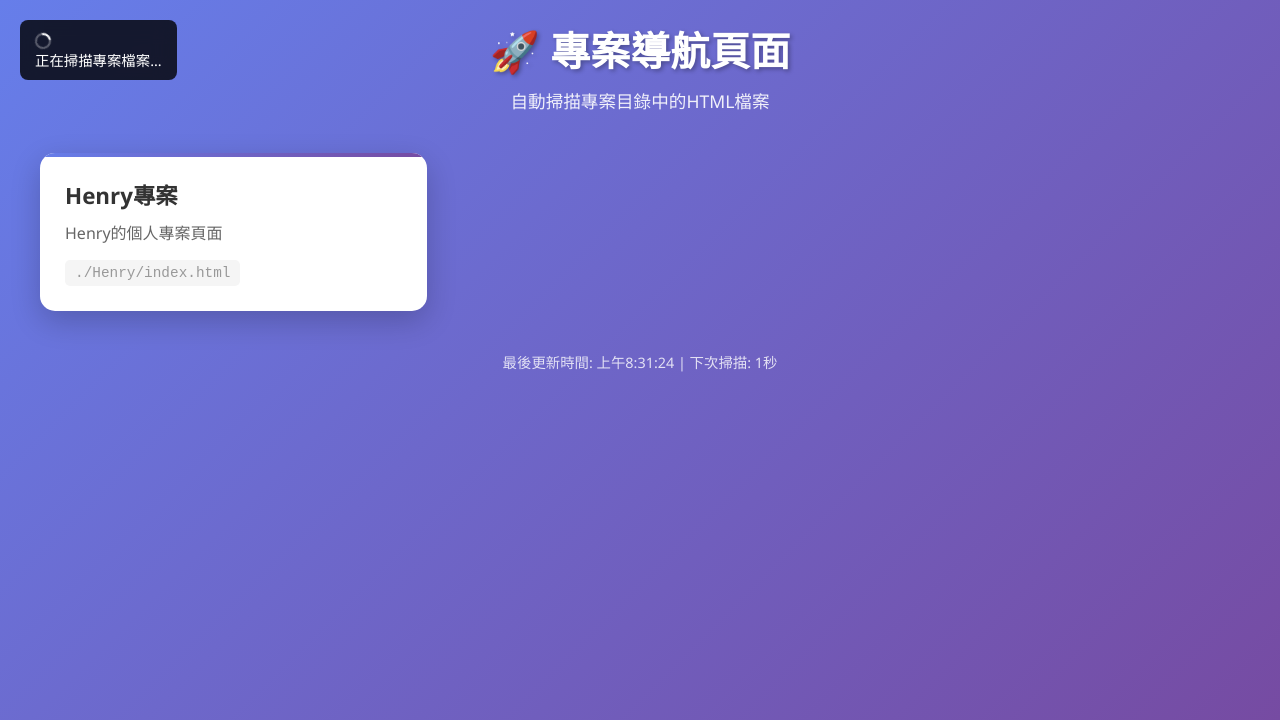
Repository: HenryLin0914/demo1023
Page: index.html
An editor plug-in stored every save of this project. The page is shown before and after the next save, followed by the edit.
The browser window is 1280 px wide. The pictures show the whole page.

Above is the page before, as saved 2025-10-22 16:58:45.

### index.html
<!DOCTYPE html>
<html lang="zh-TW">
<head>
    <meta charset="UTF-8">
    <meta name="viewport" content="width=device-width, initial-scale=1.0">
    <title>專案導航頁面</title>
    <style>
        * {
            margin: 0;
            padding: 0;
            box-sizing: border-box;
        }

        body {
            font-family: 'Segoe UI', Tahoma, Geneva, Verdana, sans-serif;
            background: linear-gradient(135deg, #667eea 0%, #764ba2 100%);
            min-height: 100vh;
            padding: 20px;
        }

        .container {
            max-width: 1200px;
            margin: 0 auto;
        }

        .header {
            text-align: center;
            color: white;
            margin-bottom: 40px;
        }

        .header h1 {
            font-size: 2.5rem;
            margin-bottom: 10px;
            text-shadow: 2px 2px 4px rgba(0,0,0,0.3);
        }

        .header p {
            font-size: 1.1rem;
            opacity: 0.9;
        }

        .cards-container {
            display: grid;
            grid-template-columns: repeat(auto-fill, minmax(300px, 1fr));
            gap: 20px;
            margin-bottom: 40px;
        }

        .card {
            background: white;
            border-radius: 15px;
            padding: 25px;
            box-shadow: 0 10px 30px rgba(0,0,0,0.2);
            transition: all 0.3s ease;
            cursor: pointer;
            position: relative;
            overflow: hidden;
        }

        .card::before {
            content: '';
            position: absolute;
            top: 0;
            left: 0;
            right: 0;
            height: 4px;
            background: linear-gradient(90deg, #667eea, #764ba2);
        }

        .card:hover {
            transform: translateY(-5px);
            box-shadow: 0 20px 40px rgba(0,0,0,0.3);
        }

        .card-title {
            font-size: 1.4rem;
            color: #333;
            margin-bottom: 10px;
            font-weight: 600;
        }

        .card-description {
            color: #666;
            margin-bottom: 15px;
            line-height: 1.5;
        }

        .card-path {
            font-size: 0.9rem;
            color: #999;
            font-family: 'Courier New', monospace;
            background: #f5f5f5;
            padding: 5px 10px;
            border-radius: 5px;
            display: inline-block;
        }

        .status {
            text-align: center;
            color: white;
            margin-top: 20px;
            font-size: 0.9rem;
            opacity: 0.8;
        }

        .loading {
            display: none;
            position: fixed;
            top: 20px;
            left: 20px;
            background: rgba(0,0,0,0.8);
            color: white;
            padding: 10px 15px;
            border-radius: 8px;
            font-size: 0.9rem;
            z-index: 1000;
            backdrop-filter: blur(10px);
        }

        .spinner {
            border: 2px solid rgba(255,255,255,0.3);
            border-radius: 50%;
            border-top: 2px solid white;
            width: 16px;
            height: 16px;
            animation: spin 1s linear infinite;
            display: inline-block;
            margin-right: 8px;
            vertical-align: middle;
        }

        @keyframes spin {
            0% { transform: rotate(0deg); }
            100% { transform: rotate(360deg); }
        }

        .empty-state {
            text-align: center;
            color: white;
            padding: 40px;
            background: rgba(255,255,255,0.1);
            border-radius: 15px;
            backdrop-filter: blur(10px);
        }

        .empty-state h3 {
            margin-bottom: 10px;
            font-size: 1.5rem;
        }

        .empty-state p {
            opacity: 0.8;
        }
    </style>
</head>
<body>
    <div class="container">
        <div class="header">
            <h1>🚀 專案導航頁面</h1>
            <p>自動掃描專案目錄中的HTML檔案</p>
        </div>

        <div class="loading" id="loading">
            <div class="spinner"></div>
            <p>正在掃描專案檔案...</p>
        </div>

        <div class="cards-container" id="cardsContainer">
            <!-- 卡片將在這裡動態生成 -->
        </div>

        <div class="status" id="status">
            最後更新時間: <span id="lastUpdate">-</span> | 下次掃描: <span id="nextScan">-</span>
        </div>
    </div>

    <script>
        let scanInterval;
        let nextScanTime = 0;

        // 掃描專案目錄中的index.html檔案
        async function scanProjects() {
            const loading = document.getElementById('loading');
            const cardsContainer = document.getElementById('cardsContainer');
            const lastUpdate = document.getElementById('lastUpdate');
            const nextScan = document.getElementById('nextScan');

            loading.style.display = 'block';

            try {
                // 模擬掃描過程（實際應用中這裡會是API調用）
                await new Promise(resolve => setTimeout(resolve, 1000));

                // 獲取當前時間
                const now = new Date();
                lastUpdate.textContent = now.toLocaleTimeString('zh-TW');

                // 模擬發現的專案（實際應用中會從後端API獲取）
                const projects = [
                    {
                        name: 'Henry專案',
                        description: 'Henry的個人專案頁面',
                        path: './Henry/index.html',
                        lastModified: '2024-10-22'
                    }
                ];

                // 清空現有卡片
                cardsContainer.innerHTML = '';

                if (projects.length === 0) {
                    cardsContainer.innerHTML = `
                        <div class="empty-state">
                            <h3>📁 暫無專案檔案</h3>
                            <p>在專案目錄中建立index.html檔案後，它們會自動出現在這裡</p>
                        </div>
                    `;
                } else {
                    // 生成專案卡片
                    projects.forEach(project => {
                        const card = document.createElement('div');
                        card.className = 'card';
                        card.onclick = () => window.open(project.path, '_blank');

                        card.innerHTML = `
                            <div class="card-title">${project.name}</div>
                            <div class="card-description">${project.description}</div>
                            <div class="card-path">${project.path}</div>
                        `;

                        cardsContainer.appendChild(card);
                    });
                }

                // 設定下次掃描時間
                nextScanTime = Date.now() + 5000;
                updateNextScanTime();

            } catch (error) {
                console.error('掃描專案時發生錯誤:', error);
                cardsContainer.innerHTML = `
                    <div class="empty-state">
                        <h3>❌ 掃描失敗</h3>
                        <p>無法掃描專案目錄，請檢查檔案權限</p>
                    </div>
                `;
            } finally {
                loading.style.display = 'none';
            }
        }

        // 更新下次掃描時間顯示
        function updateNextScanTime() {
            const nextScan = document.getElementById('nextScan');
            const now = Date.now();
            const timeLeft = Math.max(0, Math.ceil((nextScanTime - now) / 1000));

            if (timeLeft > 0) {
                nextScan.textContent = `${timeLeft}秒`;
            } else {
                nextScan.textContent = '即將掃描';
            }
        }

        // 開始自動掃描
        function startAutoScan() {
            // 立即執行一次掃描
            scanProjects();

            // 設定每5秒掃描一次
            scanInterval = setInterval(() => {
                scanProjects();
            }, 5000);

            // 每秒更新倒數計時
            setInterval(updateNextScanTime, 1000);
        }

        // 停止自動掃描
        function stopAutoScan() {
            if (scanInterval) {
                clearInterval(scanInterval);
                scanInterval = null;
            }
        }

        // 頁面載入完成後開始掃描
        document.addEventListener('DOMContentLoaded', () => {
            startAutoScan();
        });

        // 頁面卸載時停止掃描
        window.addEventListener('beforeunload', () => {
            stopAutoScan();
        });
    </script>
</body>
</html>

After the next save:
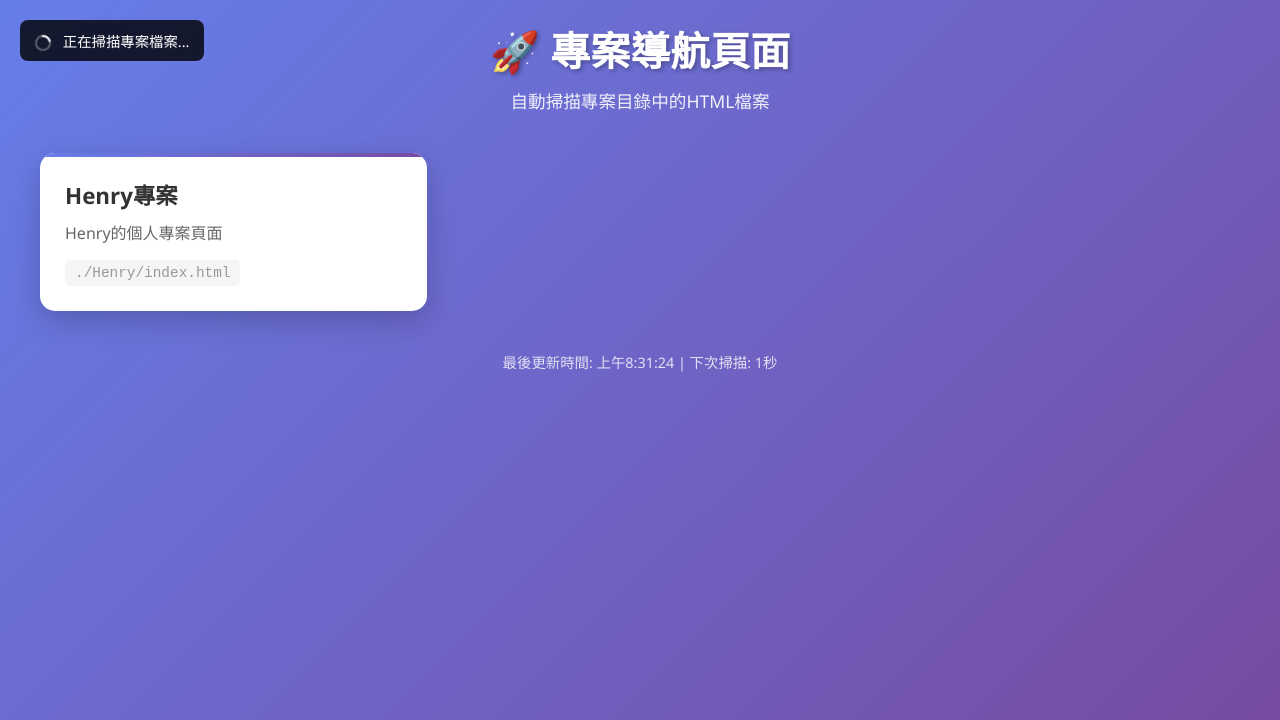
Saved 6 s later.
--- a/index.html
+++ b/index.html
@@ -163,7 +163,7 @@
 
         <div class="loading" id="loading">
             <div class="spinner"></div>
-            <p>正在掃描專案檔案...</p>
+            正在掃描專案檔案...
         </div>
 
         <div class="cards-container" id="cardsContainer">
